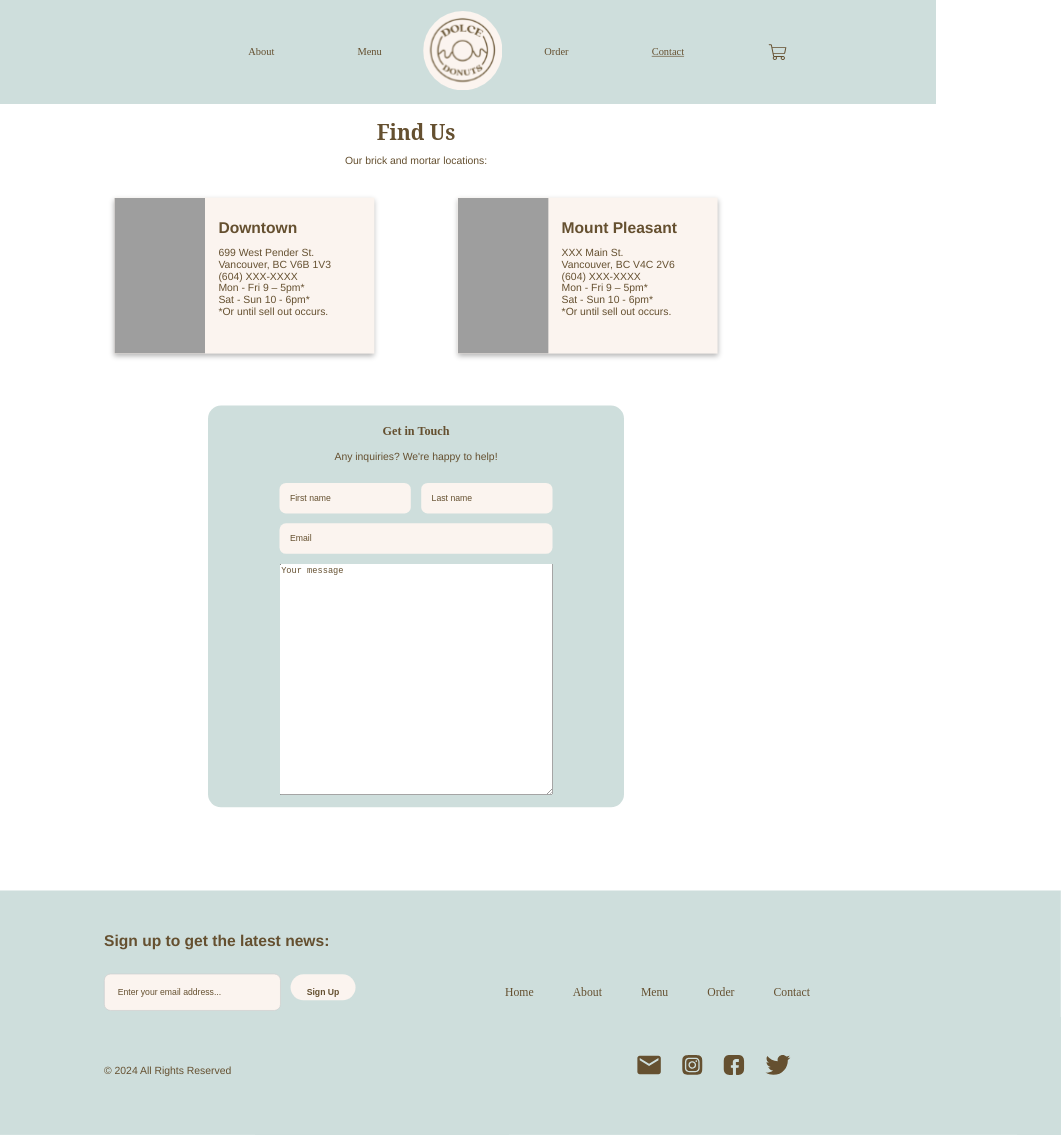
Repository: Crystalhtc/dolcedonuts
Page: /contact
The author's editor kept a copy of each file at every save. The page is drawn from the files as they stood at one save, then again after a run of saves.
The browser window is 1280 px wide. The page is 1632 px wide, so the pictures cover 1632 px, including what lies to the right of the window. The pictures show the whole page, at 65% of full size.
Pictures or frames that could not be fetched are drawn as grey boxes. The project was rebuilt for these pictures with package versions that can differ from the ones it lists, and the page was loaded fresh each time. Also part of the build but not shown: vite.config.js, src/pages/Home.module.css, src/pages/Home.jsx, src/components/ProductCard/ProductCard.jsx, src/Data/products.js, src/pages/Order.css, src/pages/Menu.jsx, src/pages/Order.jsx and 13 more.

Above is the page before, as saved 2024-10-20 15:35:23.

### src/App.jsx
import React from 'react';
import "./App.css";
import { BrowserRouter as Router, Route, Routes } from 'react-router-dom';
import Header from './components/Header/Header';
import Footer from './components/Footer/Footer';
import Home from './pages/Home';
import Menu from './pages/menu';
import Order from './pages/order';
import Contact from './pages/Contact';
import About from './pages/About';
import Checkout from './pages/Checkout';
import Cart from './pages/Cart';
import ProductDetails from './pages/ProductDetails';
import PaymentReview from './pages/PaymentReview';

function App() {

  return (
    <Router>
      <Header />
      <Routes>
        <Route path="/" element={<Home />} />
        <Route path="/about" element={<About />} />
        <Route path="/menu" element={<Menu />} />
        <Route path="/order" element={<Order />} />
        {/* <Route path="/productdetails/:id" element={<ProductDetails />} /> */}
        <Route path="/productdetails" element={<ProductDetails />} />
        <Route path="/contact" element={<Contact />} />
        <Route path="/cart" element={<Cart />} />
        <Route path="/checkout" element={<Checkout />} />
        <Route path="/paymentreview" element={<PaymentReview />} />
      </Routes>
      <Footer />
    </Router>
  );
}

export default App;

### src/App.css
@import url('https://fonts.googleapis.com/css2?family=Arimo:ital,wght@0,400..700;1,400..700&display=swap');
@import url('https://fonts.googleapis.com/css2?family=Noto+Serif:ital,wght@0,100..900;1,100..900&display=swap');

:root {
    --mint: #CEDEDC;
    --cream: #FBF4EF;
    --pink: #F5CCD6;
    --dark-pink: #E3BBC5;
    --brown: #655030;
    --dark-brown: #4C3B22;
}
body {
    margin: 0 auto;
}
/* font */
/* heading, button */
h1 {
    font-family: "Noto Serif", serif;
    color: #655030;
    font-size: 28pt;
}
/* subheading */
h2 {
    font-size: 24pt;
    font-family: 'Arimo', sans-serif;
    color: #655030;
}
/* paragraph */
p {
    font-family: 'Arimo', sans-serif;
    color: #655030;
}

.container {
    max-width: 1440px;
    margin: 0 auto;
    height: auto;
    /* padding: 20px;  */
}

### src/components/Header/Header.jsx
import { NavLink } from 'react-router-dom';
import styles from './Header.module.css';
import logo from '../../assets/logo.svg';
import cartIcon from '../../assets/cart-icon.svg';

export default function Header() {
  return (
    <nav className={styles.nav}>
      <ul className={styles.navList}>
        <li className={styles.navItem}>
          <NavLink to="/about" className={({ isActive }) => (isActive ? styles.activeLink : undefined)}>About</NavLink>
        </li>
        <li className={styles.navItem}>
          <NavLink to="/menu" className={({ isActive }) => (isActive ? styles.activeLink : undefined)}>Menu</NavLink>
        </li>
        <li className={styles.logoContainer}>
          <NavLink to="/">
            <img src={logo} alt="Logo" className={styles.logo} />
          </NavLink>
        </li>
        <li className={styles.navItem}>
          <NavLink to="/order" className={({ isActive }) => (isActive ? styles.activeLink : undefined)}>Order</NavLink>
        </li>
        <li className={styles.navItem}>
          <NavLink to="/contact" className={({ isActive }) => (isActive ? styles.activeLink : undefined)}>Contact</NavLink>
        </li>
        <li className={styles.navItem}>
          <NavLink to="/cart" className={({ isActive }) => (isActive ? styles.activeLink : undefined)}>
            <img src={cartIcon} alt="Cart" className={styles.cartIcon} />
          </NavLink>
        </li>
      </ul>
    </nav>
  );
}

### src/components/Footer/Footer.jsx
import React from 'react';
import styles from './Footer.module.css';
import socialMediaIcons from '../../assets/social-media-icons.svg';

const Footer = () => {
    return (
        <footer className={styles.footer}> {/* Use styles for className */}
            <h2 className={styles.signUpMessage}>Sign up to get the latest news:</h2>

            <div className={styles.topContainer}>
                <div className={styles.newsletterSignup}> {/* Use styles for className */}
                    <input type="email" placeholder="Enter your email address..." />
                       <button className={styles.signupButton}>Sign Up</button> {/* Use styles for className */}
                </div>

                 <div className={styles.footerLinks}>
                     <ul className={styles.linkList}>
                        <li><a href="/">Home</a></li>
                        <li><a href="/about">About</a></li>
                        <li><a href="/menu">Menu</a></li>
                        <li><a href="/order">Order</a></li>
                        <li><a href="/contact">Contact</a></li>
                    </ul>
                </div>
            </div>

            <div className={styles.footerBottomContainer}>
                <p>© 2024 All Rights Reserved</p>
                <div className={styles.socialMedia}> {/* Use styles for className */}
                    <img src={socialMediaIcons} alt="Social Media Icons" />
                </div>
            </div>
        </footer>
    );
};

export default Footer;

### src/pages/Contact.jsx
import styles from './Contact.module.css';
import Form from '../components/ContactUsForm/ContactForm';

export default function Contact() {
    return(
        <div className={styles.contactUsContainer}>
            <h1 className={styles.contactUsH1}>Find Us</h1>
            <p>Our brick and mortar locations:</p>
                <div className={styles.contactUsCardContainer}>
                    <div className={styles.contactUsCard}>
                        <div className={styles.locationOne}>
                            <img src="https://images.unsplash.com/photo-1574033566548-f6c3f48cc11e?q=80&w=2160&auto=format&fit=crop&ixlib=rb-4.0.3&ixid=M3wxMjA3fDB8MHxwaG90by1wYWdlfHx8fGVufDB8fHx8fA%3D%3D"
                            alt="cafe table 1"
                            width={140}
                            height={240}
                            className={styles.contactUsImg}
                            />
                            <div>
                                <h2 className={styles.contactUsText}>Downtown</h2>
                                    <p className={styles.contactUsText}> 699 West Pender St.
                                    <br/>
                                    Vancouver, BC V6B 1V3
                                    <br/>
                                    (604) XXX-XXXX
                                    <br/>
                                    Mon - Fri  9 – 5pm*
                                    <br/>
                                    Sat - Sun 10 - 6pm*
                                    <br/>
                                    *Or until sell out occurs.
                                    </p>
                            </div>

                        </div>
                    </div>

                    <div className={styles.contactUsCard}>
                        <div className={styles.locationOne}>
                            <img src="https://images.unsplash.com/photo-1613274554329-70f997f5789f?q=80&w=2574&auto=format&fit=crop&ixlib=rb-4.0.3&ixid=M3wxMjA3fDB8MHxwaG90by1wYWdlfHx8fGVufDB8fHx8fA%3D%3D"
                            alt="cafe table 2"
                            width={140}
                            height={240}
                            className={styles.contactUsImg}
                            />
                            <div>
                                <h2 className={styles.contactUsText}>Mount Pleasant</h2>
                                    <p className={styles.contactUsText}> XXX Main St.
                                    <br/>
                                    Vancouver, BC V4C 2V6
                                    <br/>
                                    (604) XXX-XXXX
                                    <br/>
                                    Mon - Fri  9 – 5pm*
                                    <br/>
                                    Sat - Sun 10 - 6pm*
                                    <br/>
                                    *Or until sell out occurs.
                                    </p>
                            </div>
                        </div>
                    </div>
                </div>
            <Form/>
        </div>
    )
}

### src/components/Header/Header.module.css
.nav {
    width: 1440px;
    height: 160px;
    background-color: var(--mint);
    display: flex;
    justify-content: center;
    flex-shrink: 0;
    margin: auto;
}

.navList {
    list-style-type: none;
    display: flex;
    justify-content: center;
    align-items: center;
    margin: 0;
    padding: 0;
    width: 100%;

    margin-left: 11%;
}

.navItem {
    margin: 0 4rem;
}

.navItem a {
    text-decoration: none;
    color: var(--brown);
}

.logoContainer {
    flex: 0 0 auto;
}

.logo {
    width: 122px;
    height: 122px;
    object-fit: contain;
}

.cartIcon {
    width: 36px;
    height: auto;
}

.navItem .activeLink {
    text-decoration: underline;
    color: var(--brown);
}

### src/components/Footer/Footer.module.css
.footer {
    width: 1440px;
    height: 312px;
    background-color: var(--mint);
    padding: 2rem;
    color: var(--brown);
    padding-left: 10rem;
    flex-shrink: 0;
    margin: auto;
}

.topContainer {
    display: flex;
    align-items: center;
    gap: 10rem;
}

.footerBottomContainer {
    display: flex;
    margin-top: 3rem;
    gap: 39rem;
}

.newsletterSignup input {
    padding: 20px;
    width: 230px;
    border: 1px solid #ccc;
    background-color: var(--cream);
    border-radius: 10px;
}

.signupButton {
    width: 100px;
    padding: 20px;
    margin-left: 15px;
    background-color: var(--cream);
    color: var(--brown);
    font-weight: bold;
    border: none;
    border-radius: 20px;
}

.footerLinks {
    margin: 20px 0;
    display: flex;
    font-size: large;
}

.linkList a {
    color: var(--brown);
    list-style-type: none;
    text-decoration: none;
}

.linkList li {
    text-decoration: none;
    display: inline;
    margin: 0 30px;
}

.socialMedia img {
    width: 250px;
    height: auto;
}

### src/pages/Contact.module.css
.contactUsContainer {
    text-align: center;
}

.contactUsH1 {
    margin-bottom: -2px;
}

.contactUsCardContainer {
    display: flex;
    gap: 10%;
    justify-content: center;
    margin-top: 3rem;
}

.locationOne {
    display: flex;
}

.contactUsText {
    text-align: left;
    padding-left: 20px;
}

.contactUsCard {
    background-color: var(--cream);
    width: 400px;
    box-shadow: 0 4px 8px rgba(0, 0, 0, 0.3);
    margin-bottom: 5rem;
}

### src/components/ContactUsForm/ContactForm.jsx
import { useState } from "react";
import styles from './ContactForm.module.css';

export default function Form() {
    const [firstName, setFirst] = useState('');
    const [lastName, setLast] = useState('');
    const [submitted, setSubmitted] = useState(false);

    const handleSubmission = async (e) => {
        e.preventDefault();
        console.log('Thank you for your inquiry!');
        setSubmitted(true);
    };

    return (
        <>
            {submitted ? (
                <div className={styles.successfulMessage}>
                    <h2>Thank you for your inquiry!</h2>
                    <p>You will hear from us within 14 business days.</p>
                </div>
            ) : (
                <form onSubmit={handleSubmission} className={styles.formContainer}>
                    <div className={styles.nameContainer}>
                        <h3>Get in Touch</h3>
                        <p>Any inquiries? We're happy to help!</p>
                        <div className={styles.nameFieldContainer}>
                            <div className={styles.nameField}>
                                <input
                                    className={styles.inputWidth}
                                    name="firstName"
                                    placeholder="First name"
                                    type="text"
                                    value={firstName}
                                    onChange={(e) => setFirst(e.target.value)}
                                    required
                                />
                            </div>
                            <div className={styles.nameField}>
                                <input
                                    className={styles.inputWidth}
                                    name="lastName"
                                    placeholder="Last name"
                                    type="text"
                                    value={lastName}
                                    onChange={(e) => setLast(e.target.value)}
                                    required
                                />
                            </div>
                        </div>
                        <div className={styles.formPlaceholders}>
                            <input className={styles.emailPlaceholder} type="email" name="email" placeholder="Email"/>
                        </div>

                        <div className={styles.formPlaceholders}>
                            <textarea className={styles.messagePlaceholder} name="message" placeholder="Your message"></textarea>
                        </div>
                    </div>

                </form>
            )}
        </>
    );
}

{/* <div className={styles.contactFormContainer}>
            <h2>Get in touch</h2>
            <p>Any inquiries? We're happy to help.</p>
            <form className={styles.form}>
                <div className={styles.formPlaceholdersName}>
                    <input type="text" name="firstName" placeholder="First name"/>
                    <br/>
                    <input type="text" name="lastName" placeholder="Last name"/>
                </div>

                <div className={styles.formPlaceholders}>

                </div>

                <div className={styles.formPlaceholders}>
                    <input type="email" name="email" placeholder="Email"/>
                </div>

                <div className={styles.formPlaceholders}>
                    <textarea name="message" placeholder="Your message"></textarea>
                </div>
            </form>
        </div> */}

### src/pages/Checkout.module.css
.checkoutContainer {
    display: flex;
    align-items: center;
    justify-content: center;
}

input {
    background-color: var(--cream);
    border: none;
    padding: 1rem;
    border-radius: 4px;
}

.contactInputs {
    display: flex;
    flex-direction: column;
}

.checkoutContainer {
    display: flex;
    justify-content: space-between;
    align-items: start;
    padding: 2rem;
    max-width: 1200px;
    margin: 0 auto;
    gap: 3rem;
}

.leftColumn {
    flex: 2;
}

.rightColumn {
    flex: 1;
    padding: 2rem;
    height: fit-content;
    border-left: 1px solid var(--brown);
}

::placeholder {
    color: var(--brown);
}

h3 {
    color: var(--brown);
}

/* Contact Section */
.contactInputs {
    display: flex;
    flex-direction: column;
    gap: 1rem;
}

/* Delivery Section */
.deliveryOptions {
    display: flex;
    flex-direction: column;
    align-items: center;
}

.deliveryToggle {
    display: flex;
    align-items: center;
    gap: 1rem;
    margin: 1rem 0;
    background-color: var(--cream);
    border-radius: 10px;
    padding: 0.5rem;
    width: 60%;
}

/* Delivery Toggle Buttons */
.deliveryToggle {
    display: flex;
    gap: 1rem; /* Space between buttons */
}

.deliveryToggle button {
    padding: 0.75rem 1rem;
    border: none;
    border-radius: 20px;
    cursor: pointer;
    flex: 1;
    transition: background-color 0.3s ease; /* Smooth transition */
}

/* Default styles */
.pickupButton {
    background-color: transparent; /* Inactive state */
    color: var(--brown); /* Text color */
}

.deliveryButton {
    background-color: transparent; /* Inactive state */
    color: var(--brown); /* Text color */
}

/* Active styles */
.pickupButton.active,
.deliveryButton.active {
    background-color: var(--mint); /* Active button color */
}

/* Hover state */
.deliveryToggle button:hover {
    background-color: pink; /* Hover state */
}

/* Optional: Set a specific color for inactive buttons' text */
.deliveryToggle button:not(.active) {
    color: var(--brown); /* Change to desired inactive text color */
}

.addresses {
    display: flex;
    flex-direction: column;
    gap: 1rem;
}

.downtown, .mountPleasant {
    background-color: var(--cream);
    border-radius: 10px;
    padding: 1rem;
    display: flex;
    gap: 1rem;
    align-items: start;
}


/* Payment Section */
.paymentContainer {
    margin: 1rem 0;
}

.creditCardTitle {
    background: var(--mint);
    padding: 0.5rem 1rem;
    margin-bottom: 1rem;
}

.paymentInputs {
    display: flex;
    flex-direction: column;
    gap: 1rem;
}

.fullWidthInput input {
    width: 100%;
}

.halfWidthInput {
    display: flex;
    justify-content: space-between;
}

.firstHalfInput {
    width: 100%;
}

.secondHalfInput {
    width: 100%;
    display: flex;
    justify-content: end;
}

.firstHalfInput input {
    width: 90%;
}

.secondHalfInput input {
    width: 90%;
}

.halfWidthInputField input {
    width: 50%
}

.paymentInputs > div {
    display: flex;
    gap: 1rem;
}

/* Right Column Styling */
.checkoutProducts {
    display: flex;
    flex-direction: column;
    gap: 1rem;
    margin-bottom: 2rem;
}

.discountCode {
    display: flex;
    gap: 1rem;
    margin-bottom: 2rem;
    height: 3rem;
}

.discountInput {
    flex: 1;
    background: none;
    border: 2px solid var(--mint);
}

.discountButton {
    height: 3rem;
    padding: 0 1.5rem;
    background: none;
    border: none;
    border-radius: 10px;
    cursor: pointer;
    background: var(--cream);
}

.discountButton:hover {
    background: var(--brown);
    color: var(--cream);
}

.price {
    display: flex;
    flex-direction: column;
    margin-bottom: 2rem;
}

.subtotal, .tax, .total {
    display: flex;
    justify-content: space-between;
    align-items: center;
}

.total {
    font-weight: bold;
    font-size: 1.2rem;
    border-top: 1px solid #ccc;
    padding-top: 1rem;
}

/* Section Headers */
h1 {
    margin-bottom: 2rem;
    font-size: 2rem;
}

h2 {
    margin: 2rem 0 1rem 0;
    font-size: 1.5rem;
}

/* Responsive Design */
@media (max-width: 768px) {
    .checkoutContainer {
        flex-direction: column;
        padding: 1rem;
    }

    .rightColumn {
        width: 100%;
    }

    .paymentInputs > div,
    .addressInputs > div {
        flex-direction: column;
    }
}

### src/pages/PaymentReview.module.css

.reviewContainer > h1 {
    margin: 2rem auto;
    text-align: center;
    color: var(--brown);
}

.orderReview {
    display: flex;
    justify-content: space-between;
    align-items: start;
    width: 100%;
    gap: 2rem;
}

.orderDetails {
    flex: 2;
    margin-left: 2rem;
}

.orderSummary {
    flex: 1;
    padding: 2rem;
    height: fit-content;
    border-left: 1px solid var(--brown);
}

.orderTable {
    border-collapse: collapse;
    background: var(--cream);
}

.orderTable tr {
    border: 1px solid var(--brown);
}

.orderTable td {
    padding: 1rem;
    color: var(--brown);
}

.orderTable td:first-child {
    font-weight: bold;
    width: 30%;
}

.productList {
    display: flex;
    flex-direction: column;
    gap: 1rem;
    margin-bottom: 2rem;
}

.productCard {
    display: flex;
    gap: 1rem;
    padding: 1rem;
    border: 1px solid var(--brown);
    background-color: var(--cream);
    align-items: start;
    justify-content: start;
}

.productImage {
    width: 80px;
    height: 80px;
    background-color: #f0f0f0;
    border-radius: 4px;
}

.productInfo {
    flex: 1;
    color: var(--brown);
}

.productName {
    font-size: 1.2rem;
    font-weight: bold;
    color: var(--brown);
}

.productPrice {
    color: var(--brown);
    font-weight: bold;
}

.priceSummary {
    display: flex;
    flex-direction: column;
    margin-bottom: 2rem;
}

.subtotal, .tax, .total {
    display: flex;
    justify-content: space-between;
    align-items: center;
    color: var(--brown);
}

.total {
    font-weight: bold;
    font-size: 1.2rem;
    border-top: 1px solid var(--brown);
    padding-top: 1rem;
}

.continueButtonContainer {
    width: 100%;
    display: flex;
    justify-content: center;
    margin-top: 2rem;
}

.continueButton {
    width: 50%;
}

/* Section Headers */
h1 {
    margin-bottom: 2rem;
    font-size: 2rem;
    color: var(--brown);
}

/* Responsive Design */
@media (max-width: 768px) {
    .reviewContainer {
        padding: 1rem;
    }

    .orderSummary {
        width: 100%;
        border-left: none;
        border-top: 1px solid var(--brown);
        padding-top: 2rem;
    }

    .continueButton button {
        width: 100%;
    }

    .orderTable td {
        display: block;
        width: 100%;
    }

    .orderTable td:first-child {
        width: 100%;
        padding-bottom: 0;
    }
}

### src/components/ProductCard/ProductCard.module.css
.container {
    width: 340px;
    height: 530px;
    border-radius: 8px;
    padding: 18px 8px;
    box-shadow: 0px 4px 4px 0px rgba(0, 0, 0, 0.25);
    display: flex;
    flex-direction: column;
    align-items: center;
}
.priceAndButton {
    display: flex;
    flex-direction: row;
    align-items: center;
    gap: 10em;
}
button {
    width: 95px;
    height: 36px;
    border-radius: 8px;
    border: none;
    color: var(--brown);
    background: var(--Cream, #FBF4EF);
}
button h2 {
    margin: 0;
}

### src/components/ContactUsForm/ContactForm.module.css
.form {
    justify-content: left;
    text-align: left;
}
.formPlaceholdersName {
    display: flex;
}

.contactFormContainer {
    text-align: center;
}

.nameFieldContainer {
    display: flex;
    justify-content: center;
    gap: 1rem;
    padding-top: 15px;
    padding-bottom: 15px;

}

.formPlaceholders {
 padding-bottom: 15px;
}

.inputWidth{
    width: 170px;
    border-radius: 10px;
}

.emailPlaceholder {
    width: 388px;
    border-radius: 10px;
}

.messagePlaceholder {
    width: 415px;
    max-width: 415px;
    height: 350px;
}

form {
    background-color: var(--mint);
    margin-left: 25%;
    margin-right: 25%;
    margin-bottom: 10%;
    padding-top: 10px;
    border-radius: 20px;
}

Loaded but not shown: index.html (common file); src/main.jsx (common file)

After the next 2 saves:
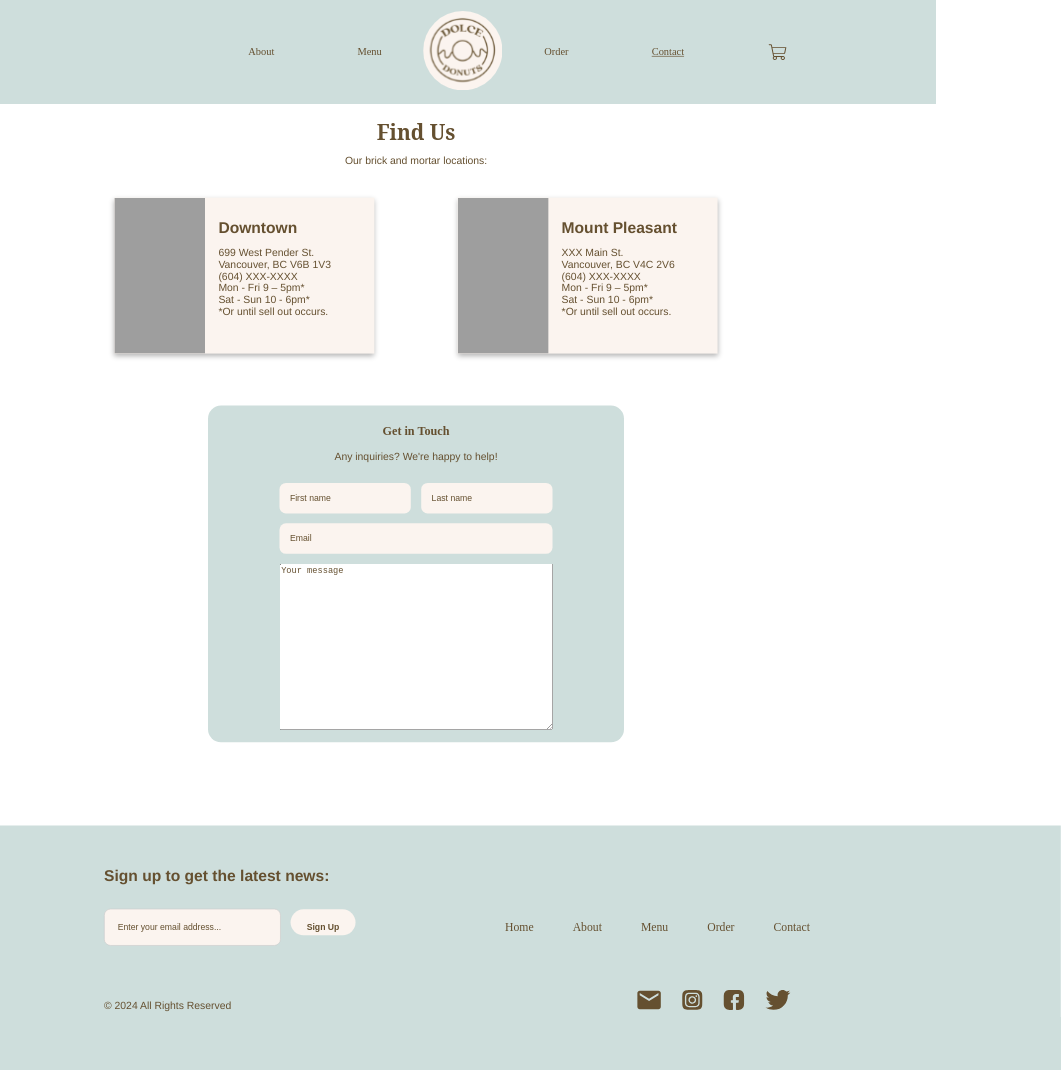
The 2 saves are shown as one change because they came seconds apart.
The last was saved 10 s later.
--- a/src/components/ContactUsForm/ContactForm.module.css
+++ b/src/components/ContactUsForm/ContactForm.module.css
@@ -36,7 +36,7 @@
 .messagePlaceholder {
     width: 415px;
     max-width: 415px;
-    height: 350px;
+    height: 250px;
 }
 
 form {
